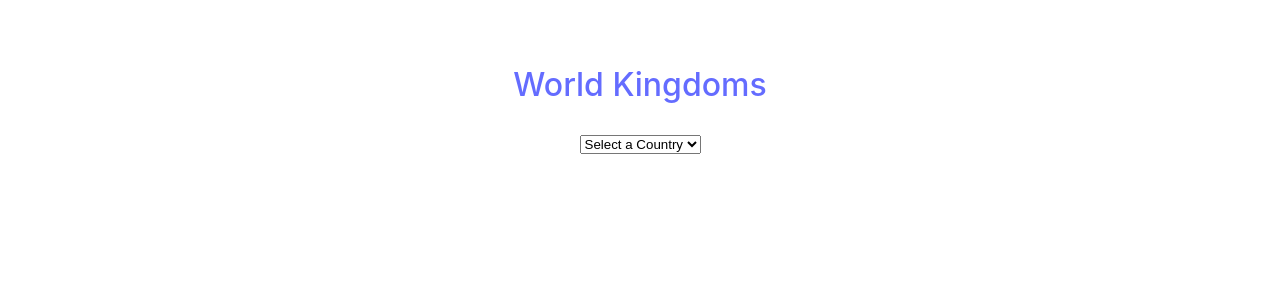
Repository: GloGlorGloria/COMP3170-lab7
Page: /
These files come from the project's save history. The page is drawn as it stood at one moment and after the next save; the edit follows.
The browser window is 1280 px wide. The pictures show the whole page.
The page's requests for data from a server got no answer. The project was rebuilt for these pictures with package versions that can differ from the ones it lists, and the page was loaded fresh each time. No one was signed in, and anything a server would have sent is missing. Also part of the build but not shown: vite.config.js, src/components/Details.jsx.

Above is the page before, as saved 2024-11-24 02:06:54.

After the next save:
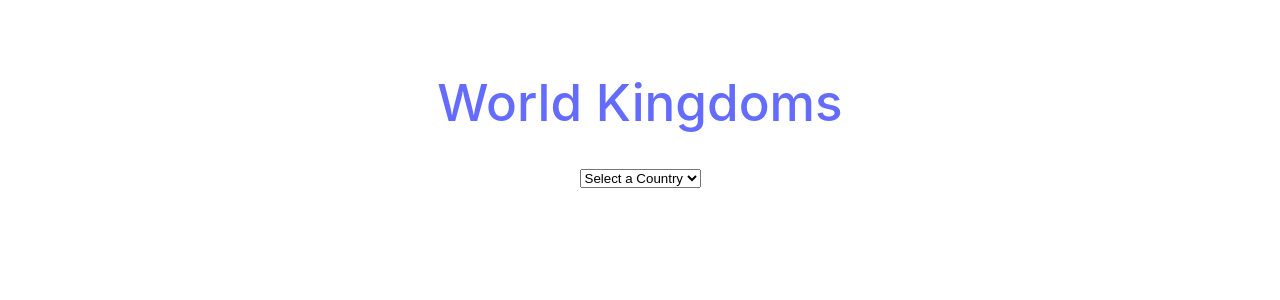
Saved 87 s later.
--- a/src/index.css
+++ b/src/index.css
@@ -22,11 +22,11 @@ a:hover {
   color: #535bf2;
 }
 
-/*
+
 h1 {
   font-size: 3.2em;
   line-height: 1.1;
-} */
+}
 
 /* button {
   border-radius: 8px;
